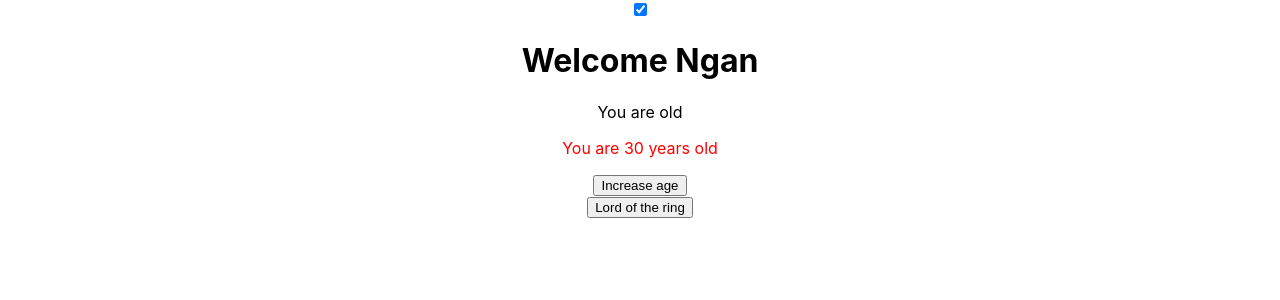
Repository: nguyenthibichngan/learn-react-redux
Page: /
An editor plug-in stored every save of this project. The page is shown before and after the next save, followed by the edit.
The browser window is 1280 px wide. The pictures show the whole page.
The project was rebuilt for these pictures with package versions that can differ from the ones it lists, and the page was loaded fresh each time.

Above is the page before, as saved 2023-09-11 14:59:56.

### src/App.js
import { useState } from "react";
import "./App.css";
import { AgeCounter } from "./component/AgeCounter";
import { Greetings } from "./component/Greetings";

function App() {
  const [movie, setMovie] = useState("Lord of the ring");

  function updateMovie() {
    setMovie("Fight club");
    console.log(movie);
  }

  return (
    <div className="App">
      <input
        type="checkbox"
        checked
        onChange={function () {
          console.log("You clicked");
        }}
      />
      <h1>Welcome Ngan</h1>
      <Greetings
        firstName={"Rachel"}
        lastName={"Green"}
        age={101}
        car={{ brand: "Viper", color: "red", speed: 200 }}
        doSomething={function () {
          console.log("Hi Ngannn");
        }}
      />

      <AgeCounter />

      <button onClick={updateMovie}>{movie}</button>
    </div>
  );
}

export default App;

### src/App.css
.App {
  text-align: center;
}

.App-logo {
  height: 40vmin;
  pointer-events: none;
}

@media (prefers-reduced-motion: no-preference) {
  .App-logo {
    animation: App-logo-spin infinite 20s linear;
  }
}

.App-header {
  background-color: #282c34;
  min-height: 100vh;
  display: flex;
  flex-direction: column;
  align-items: center;
  justify-content: center;
  font-size: calc(10px + 2vmin);
  color: white;
}

.App-link {
  color: #61dafb;
}

@keyframes App-logo-spin {
  from {
    transform: rotate(0deg);
  }
  to {
    transform: rotate(360deg);
  }
}

p {
  color: red;
}

### src/component/AgeCounter.js
import { useState } from "react";
import { AgeDisplay } from "./AgeDisplay";

export function AgeCounter(props) {
  //   let age = 30;

  //   function increaseAge() {
  //     age++;
  //   }

  const [age, setAge] = useState(30);

  function increaseAge() {
    setAge(age + 1);
  }

  return (
    <div>
      {/* <p>You are {age} years old</p> */}

      <AgeDisplay age={age} />
      <button onClick={increaseAge}>Increase age</button>
    </div>
  );
}

### src/component/Greetings.js
export function Greetings(props) {
  console.log(props);

  if (props.age > 100) {
    return <div>You are old</div>;
  } else {
    return <div>You are young</div>;
  }

  //   return (
  //     <div>
  //       Hi {props.firstName} {props.lastName} you are {props.age}
  //     </div>
  //   );
}

### src/component/AgeDisplay.js
export function AgeDisplay(props) {
  return <p>You are {props.age} years old</p>;
}

### src/component/Car/Car.js
export function Car(props) {
  return <p>Mustang</p>;
}

Loaded but not shown: public/index.html (common file); src/index.js (common file); src/index.css (common file); src/reportWebVitals.js (common file)

After the next save:
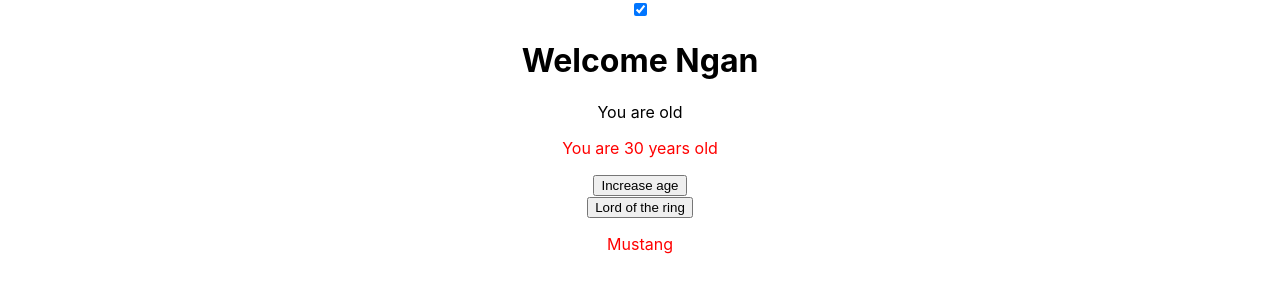
Saved 16 s later.
--- a/src/App.js
+++ b/src/App.js
@@ -2,6 +2,7 @@ import { useState } from "react";
 import "./App.css";
 import { AgeCounter } from "./component/AgeCounter";
 import { Greetings } from "./component/Greetings";
+import { Car } from "./component/Car/Car";
 
 function App() {
   const [movie, setMovie] = useState("Lord of the ring");
@@ -34,6 +35,8 @@ function App() {
       <AgeCounter />
 
       <button onClick={updateMovie}>{movie}</button>
+
+      <Car />
     </div>
   );
 }
